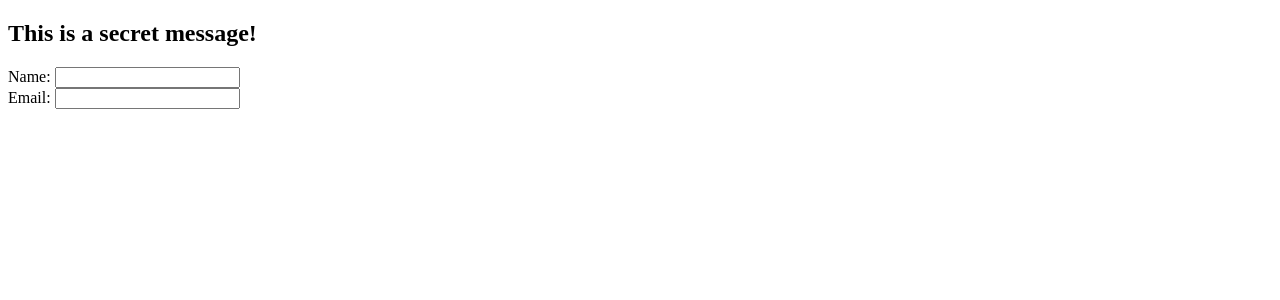
Repository: fullstack-decal-fa22/hw1-jiachenofsun
Page: secret.html
These files come from the project's save history. The page is drawn as it stood at one moment and after the next save; the edit follows.
The browser window is 1280 px wide. The pictures show the whole page.

Above is the page before, as saved 2022-09-17 09:51:06.

After the next save:
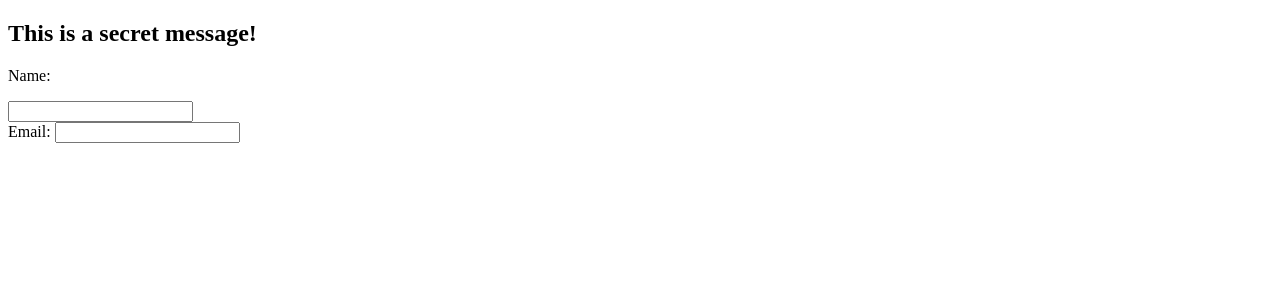
Saved 21 s later.
--- a/secret.html
+++ b/secret.html
@@ -8,7 +8,7 @@
 <body>
     <h2>This is a secret message!</h2>
     <form>
-        <???>Name:</???>
+        <p>Name:</p>
         <input type="text" id="name">
         <br>
         <???>Email:</???>
